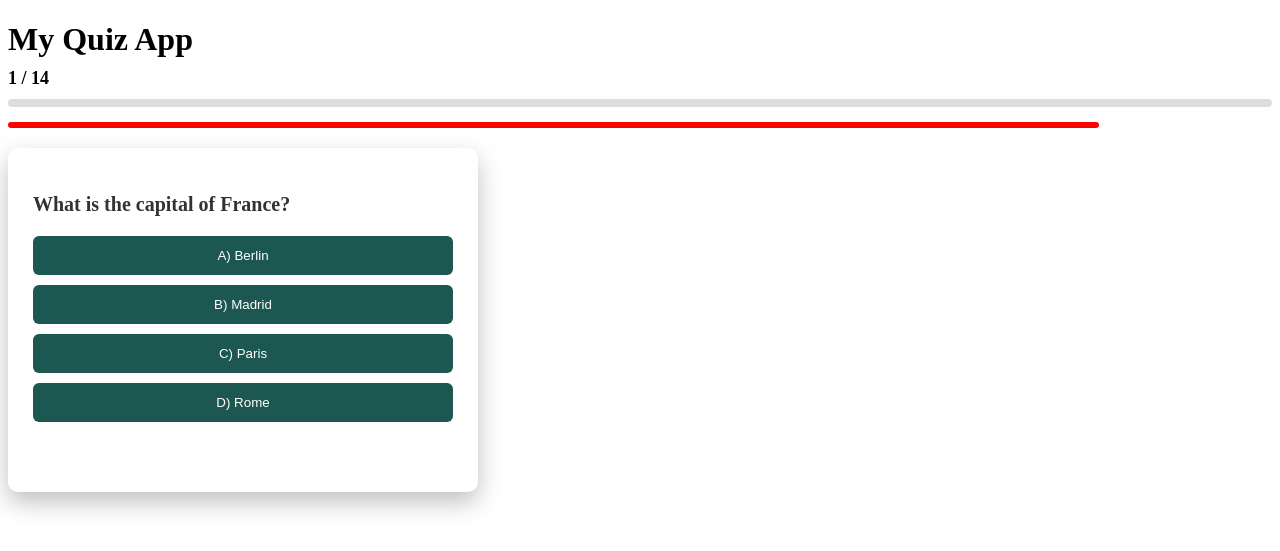
Repository: fatimaqueen9967-eng/SyntacexhubQuizApp
Page: index.html
An editor plug-in stored every save of this project. The page is shown before and after a run of saves, followed by the edit.
The browser window is 1280 px wide. The pictures show the whole page.

Above is the page before, as saved 2026-03-15 07:02:18.

After the next 3 saves:
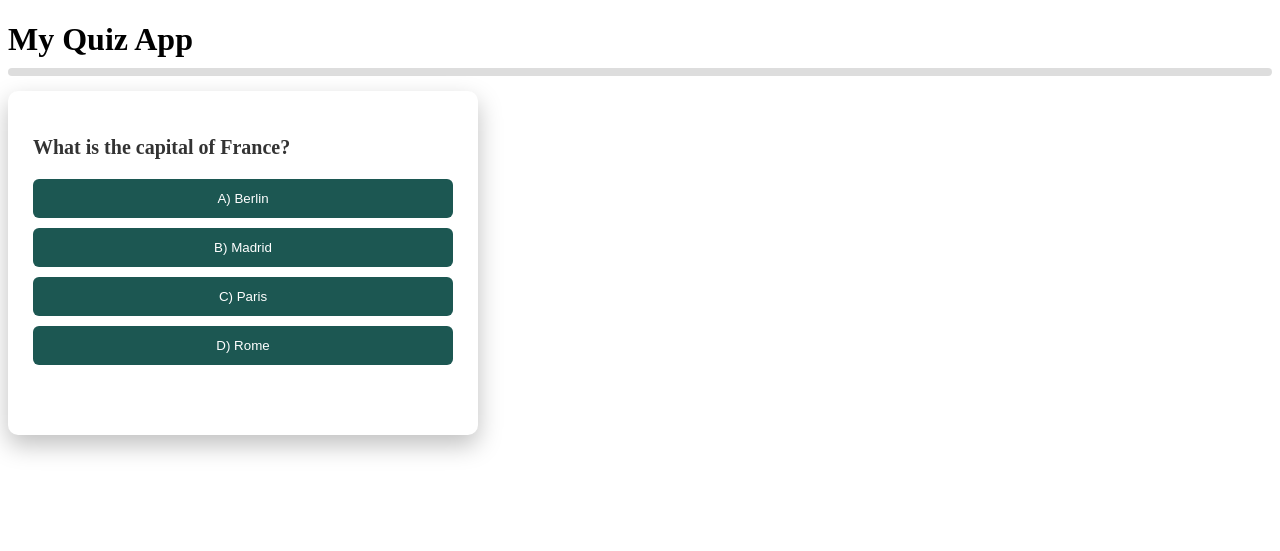
Console error: TypeError: Cannot set properties of null (setting 'innerText')
The 3 saves are shown as one change because they came seconds apart.
The last was saved 10 min 44 s later.
--- a/index.html
+++ b/index.html
@@ -8,14 +8,13 @@
 </head>
 <body>
     <h1>My Quiz App</h1>
-    <div id="counter">1 / 14</div>
-<div class="progress-container">
+   <div class="progress-container">
 <div id="progress-bar"></div>
 </div>
 
-<div id="timer-bar"></div>
 
     <div class="box">
+
         <div class="question">
             <p>What is the capital of France?</p>
         </div>

After the save that followed:
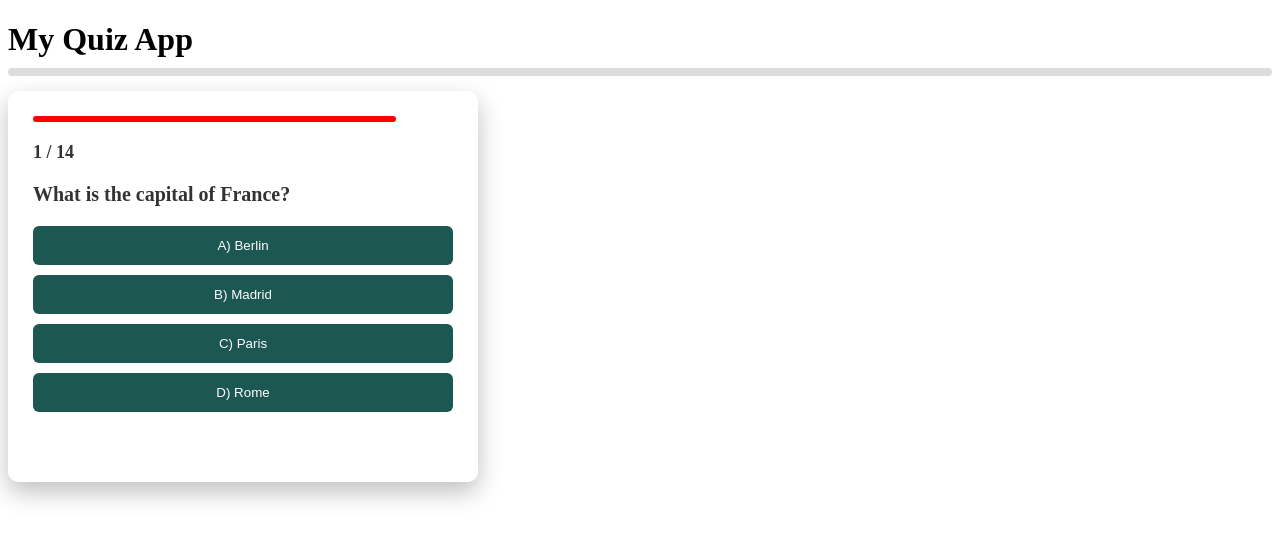
The error is gone.
Saved 15 s later.
--- a/index.html
+++ b/index.html
@@ -14,6 +14,12 @@
 
 
     <div class="box">
+
+<div class="timer">
+<div id="timer-bar"></div>
+</div>
+
+<div id="counter"></div>
 
         <div class="question">
             <p>What is the capital of France?</p>
